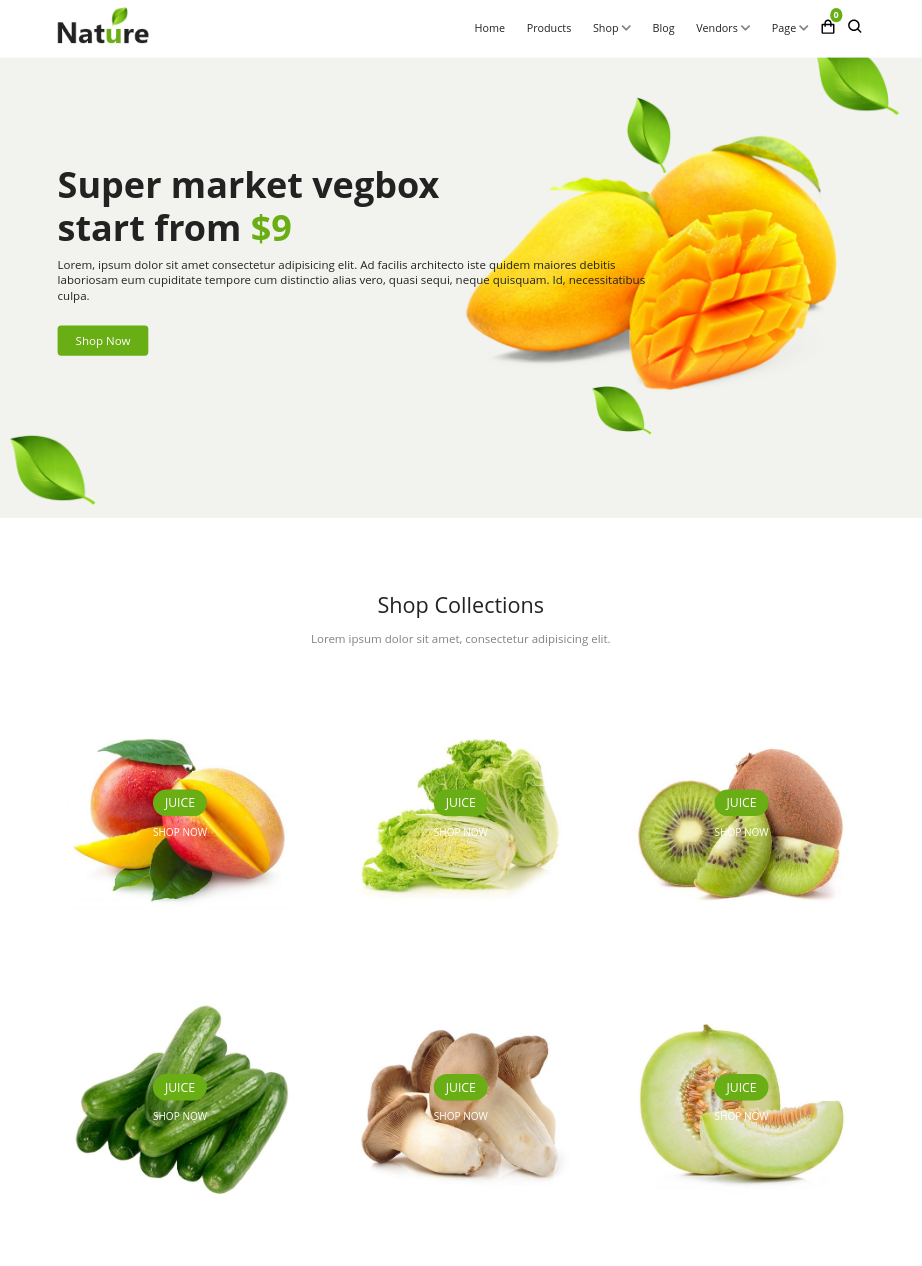
Repository: hoanggiainfomation/hoanggiainfomation.github.io
Page: index.html
The author's editor kept a copy of each file at every save. The page is drawn from the files as they stood at one save, then again after the next save.
The browser window is 1280 px wide. The pictures show the whole page, at 72% of full size.
Some web libraries are served in a nearby version.

Above is the page before, as saved 2021-08-17 20:32:48.

After the next save:
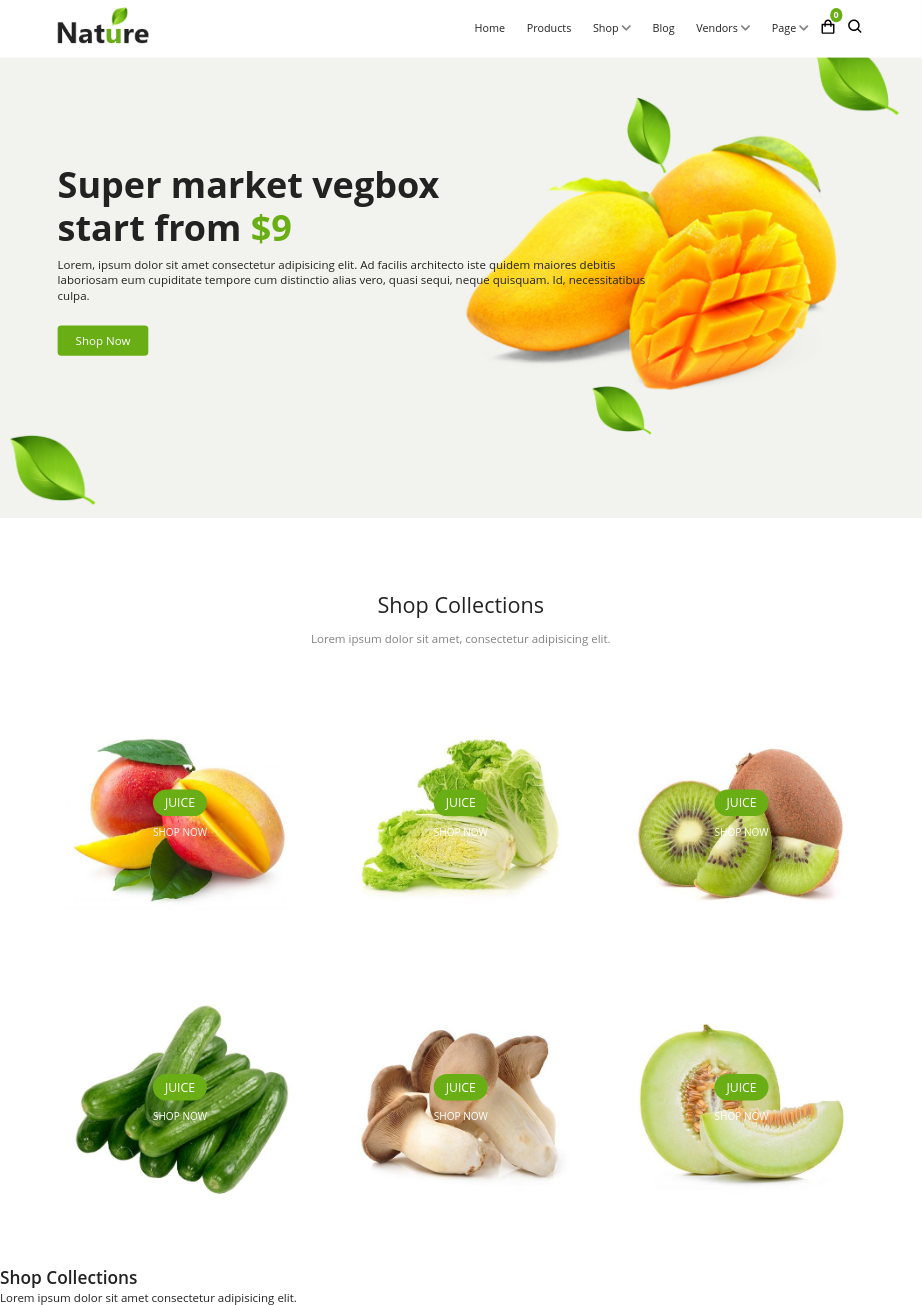
Saved 2 min 59 s later.
--- a/index.html
+++ b/index.html
@@ -256,6 +256,13 @@
         </div>
       </div>
     </section>
+    <!-- Featured Section -->
+    <div class="section featured">
+      <div class="title">
+        <h2>Shop Collections</h2>
+        <span>Lorem ipsum dolor sit amet consectetur adipisicing elit. </span>
+      </div>
+    </div>
     <!-- ======== SwiperJS ======= -->
     <script src="https://cdnjs.cloudflare.com/ajax/libs/Swiper/6.7.5/swiper-bundle.min.js"></script>
     <!-- Custom Scripts -->
